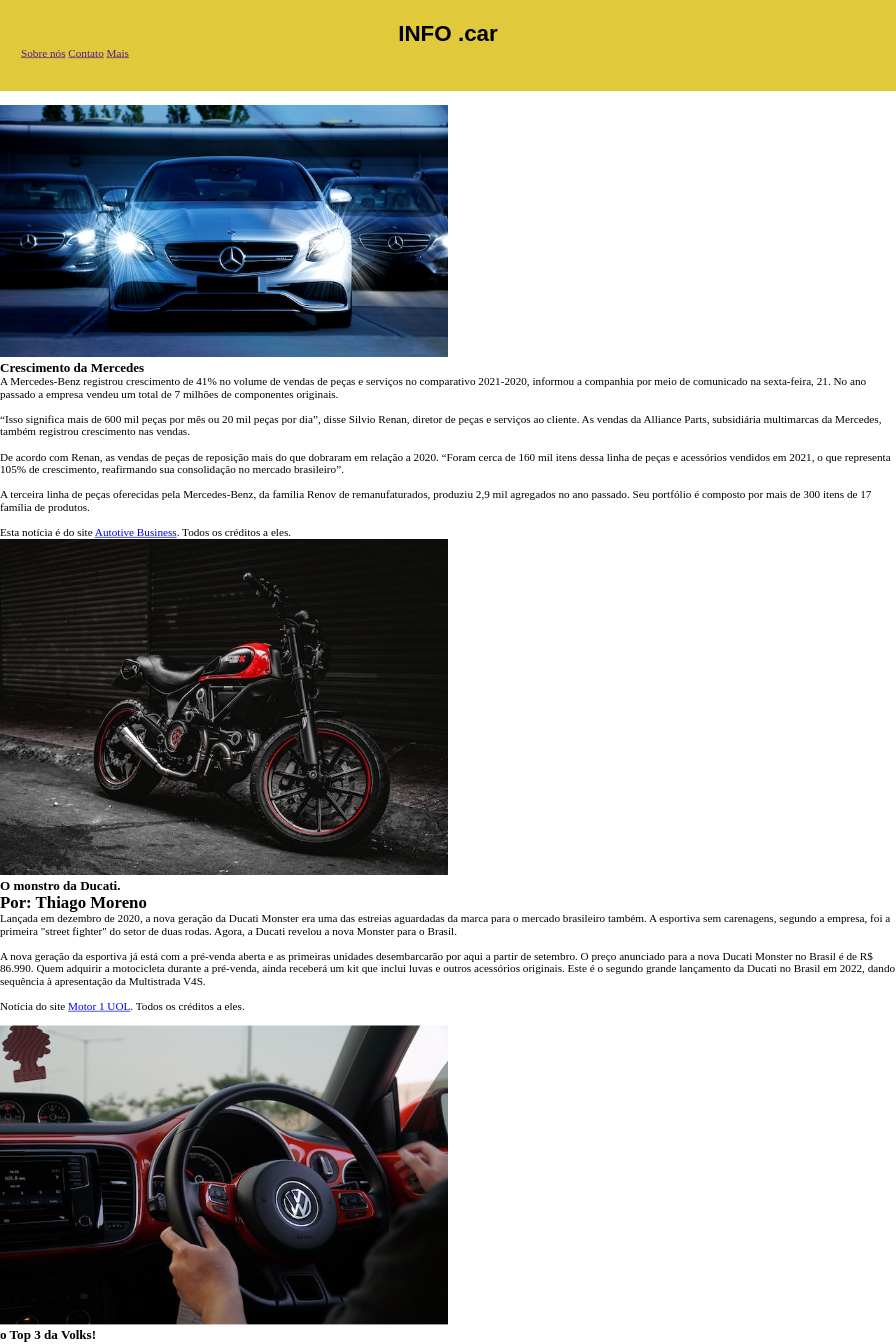
Repository: Leonngc/projeto-info.car
Page: index.html
The author's editor kept a copy of each file at every save. The page is drawn from the files as they stood at one save, then again after a run of saves.
The browser window is 1280 px wide. The pictures show the part of the page from y = 0 to 1920 px (the page is 3343 px tall before and 3328 px after), at 70% of full size.
Some web fonts or font styles are not loaded; a fallback is used.

Above is the page before, as saved 2022-10-30 12:30:35.

After the next 2 saves:
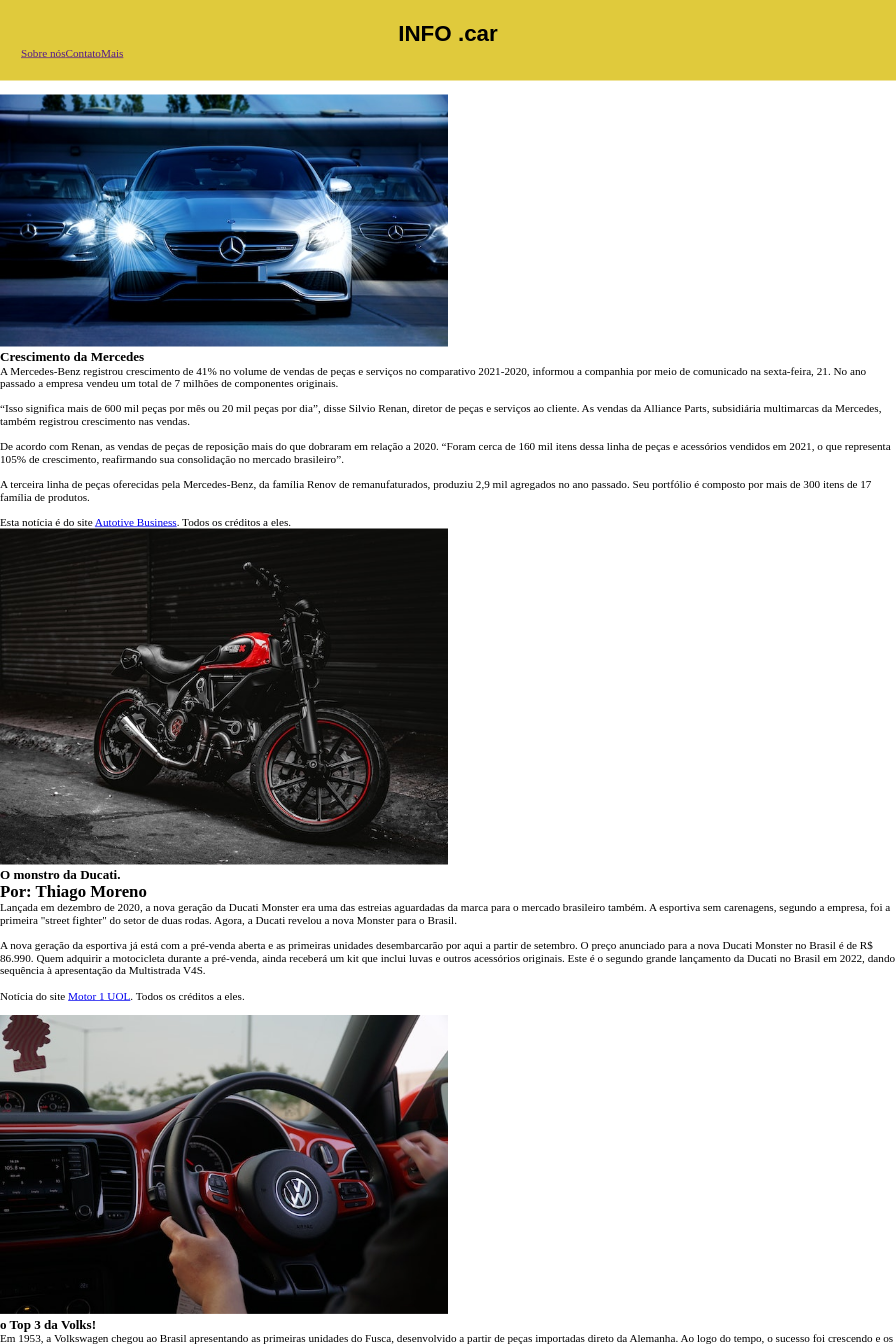
The 2 saves are shown as one change because they came seconds apart.
The last was saved 106 s later.
--- a/style.css
+++ b/style.css
@@ -13,7 +13,7 @@
 }
 
 #section-buttons{
-    padding-bottom: 15px;
+    display: flex;
 }
 
 .title{
